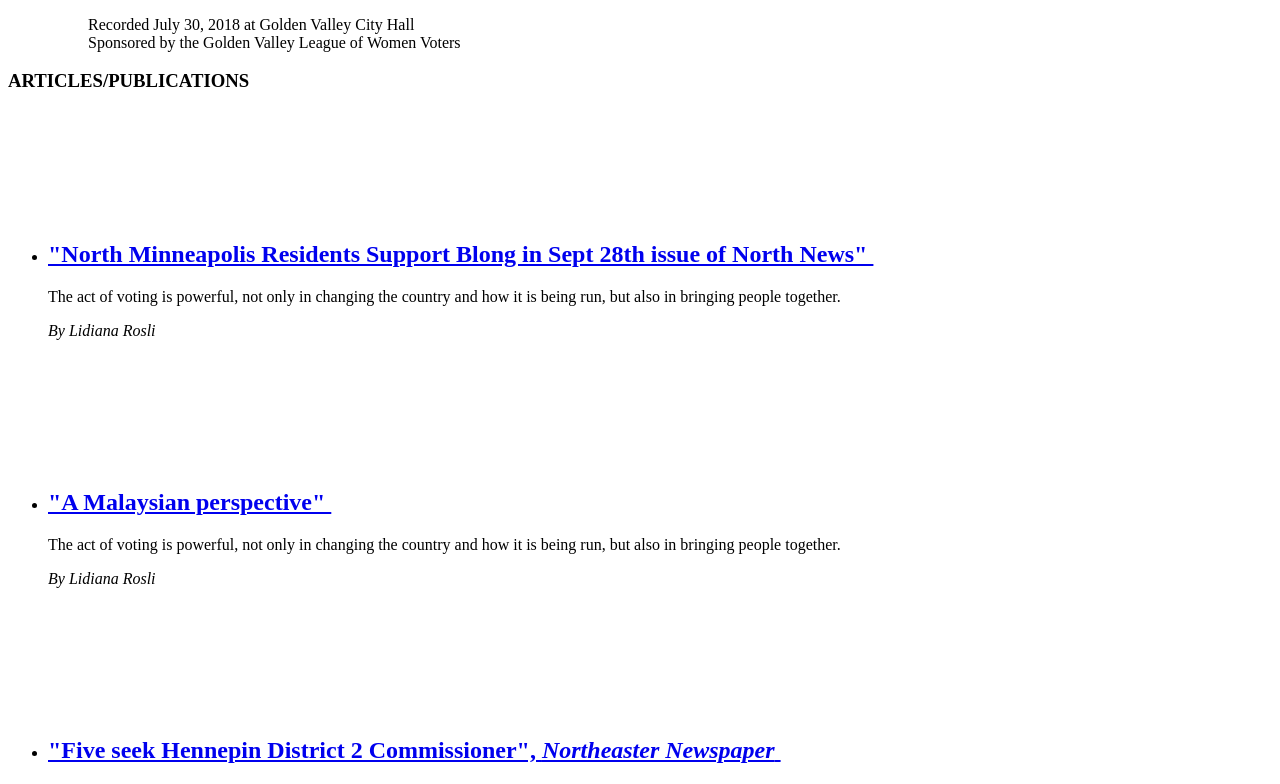
Repository: saomoua/blong-yang
Page: src/partials/content-news-events.html
These files come from the project's save history. The page is drawn as it stood at one moment and after the next save; the edit follows.
The browser window is 1280 px wide. The pictures show the part of the page from y = 2580 to 3364 px (the page is 3364 px tall before and 3292 px after).

Above is the page before, as saved 2018-10-14 15:41:03.

After the next save:
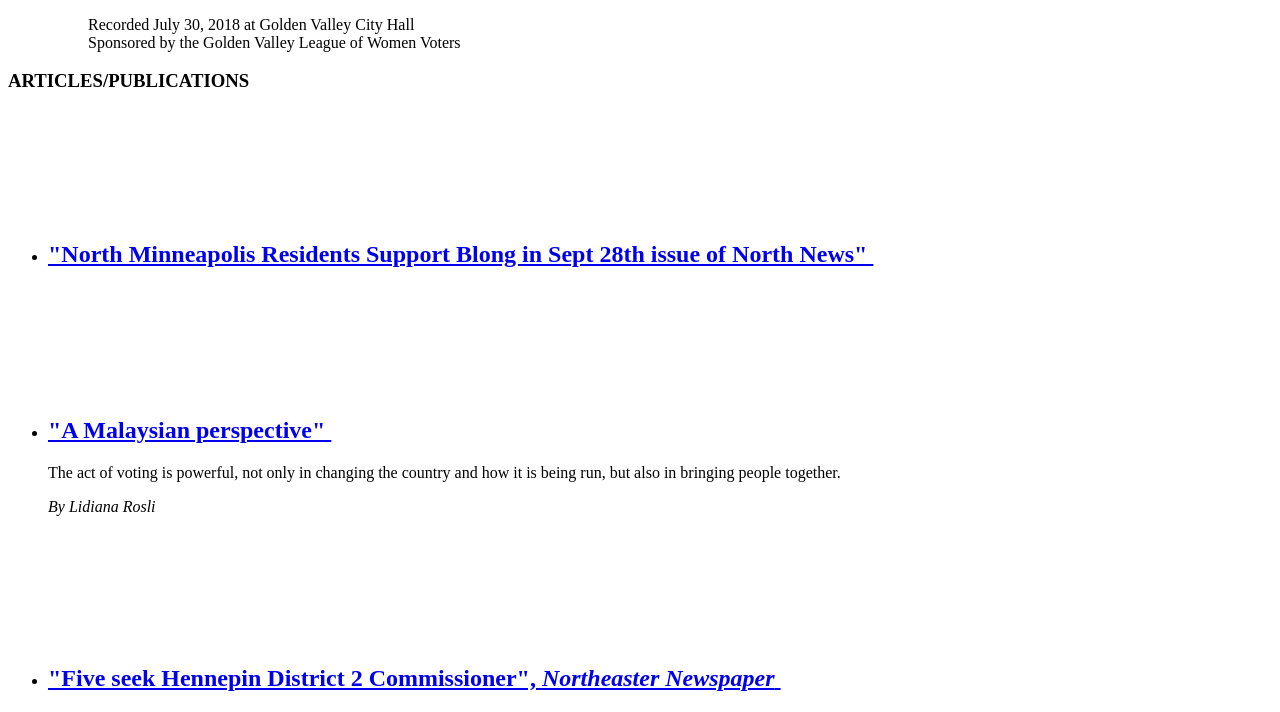
Saved 13 s later.
--- a/src/partials/content-news-events.html
+++ b/src/partials/content-news-events.html
@@ -86,8 +86,6 @@
                 <use xlink:href="#icon-link-external"></use>
               </svg></a>
             </h2>
-            <p>The act of voting is powerful, not only in changing the country and how it is being run, but also in bringing people together.</p>
-            <p><em>By Lidiana Rosli</em></p>
           </li>
           <li>
             <h2 class="title-secondary">
